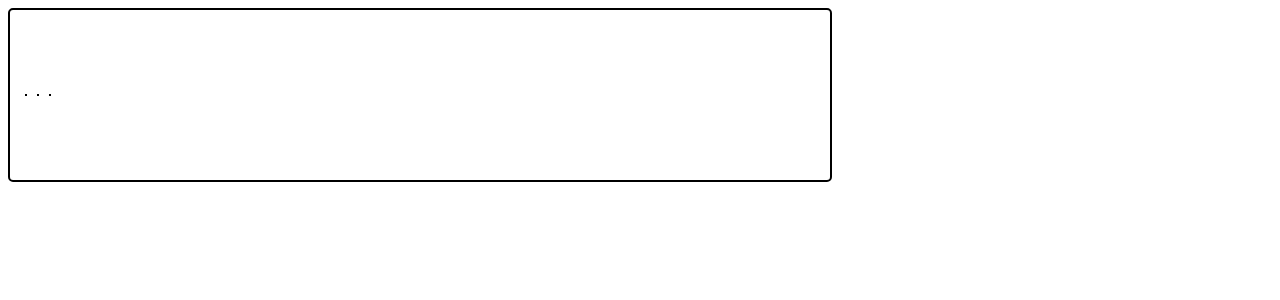
Repository: ozielms/flexbox
Page: outros/flexbox-master/index.html
These files come from the project's save history. The page is drawn as it stood at one moment and after the next save; the edit follows.
The browser window is 1280 px wide. The pictures show the whole page.

Above is the page before, as saved 2022-04-23 04:15:41.

### outros/flexbox-master/index.html
<!DOCTYPE html>
<html lang="en">

<head>
    <meta charset="UTF-8">
    <meta http-equiv="X-UA-Compatible" content="IE=edge">
    <meta name="viewport" content="width=device-width, initial-scale=1.0">
    <title>Flexbox</title>

    <link rel="stylesheet" href="css/estilo.css">
</head>

<body>

    <div class="pai">
        <div class="filho"></div>
        <div class="filho"></div>
        <div class="filho"></div>
    </div>



</body>

</html>

### outros/flexbox-master/css/estilo.css
.pai {
    max-width: 800px;
    height: 150px;
    padding: 10px;
    border: 2px solid black;
    border-radius: 5px;
    display: flex;
    flex-direction: row;
    align-items: center;
}

.filho {
    background-color: brown;
    border: 1px solid black;
    margin: 5px;
}

After the next save:
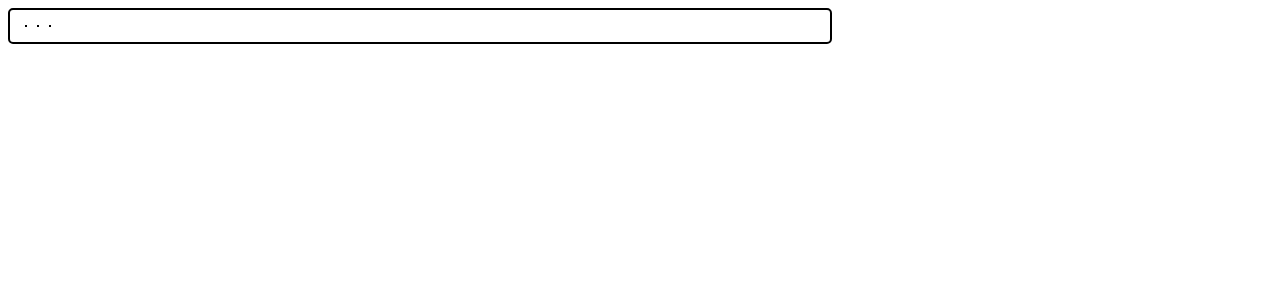
Saved 27 s later.
--- a/outros/flexbox-master/css/estilo.css
+++ b/outros/flexbox-master/css/estilo.css
@@ -1,12 +1,9 @@
 .pai {
     max-width: 800px;
-    height: 150px;
     padding: 10px;
     border: 2px solid black;
     border-radius: 5px;
     display: flex;
-    flex-direction: row;
-    align-items: center;
 }
 
 .filho {
